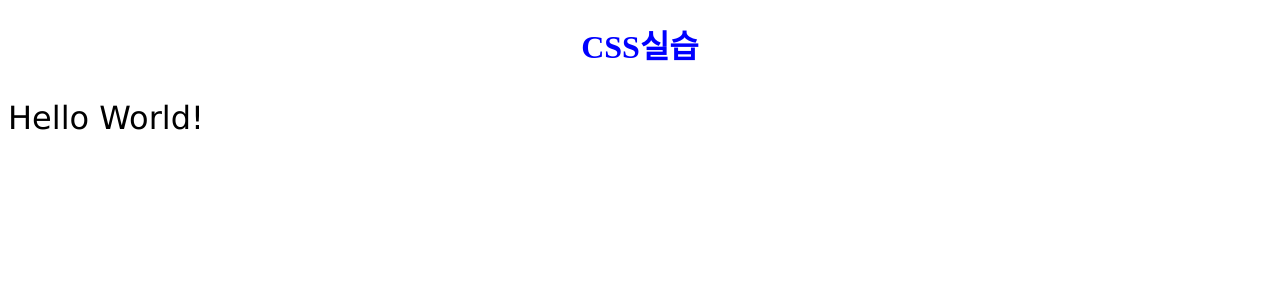
Repository: ashojm/WebWork
Page: Web/first.html
These files come from the project's save history. The page is drawn as it stood at one moment and after the next save; the edit follows.
The browser window is 1280 px wide. The pictures show the whole page.

Above is the page before, as saved 2015-11-12 16:05:12.

After the next save:
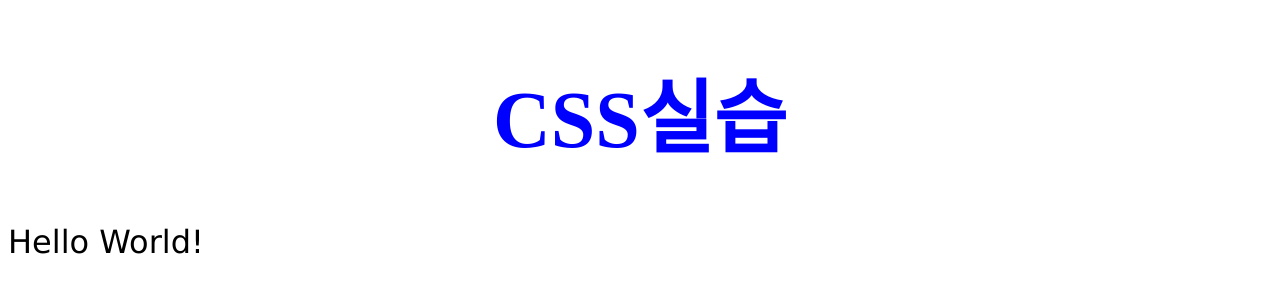
Saved 60 s later.
--- a/Web/css/base.css
+++ b/Web/css/base.css
@@ -1 +1,2 @@
+h1{color:#FF0000;font-family:serif;font-size:500%}
 p {color:red;font-size:200%;font-family:Verdana}
